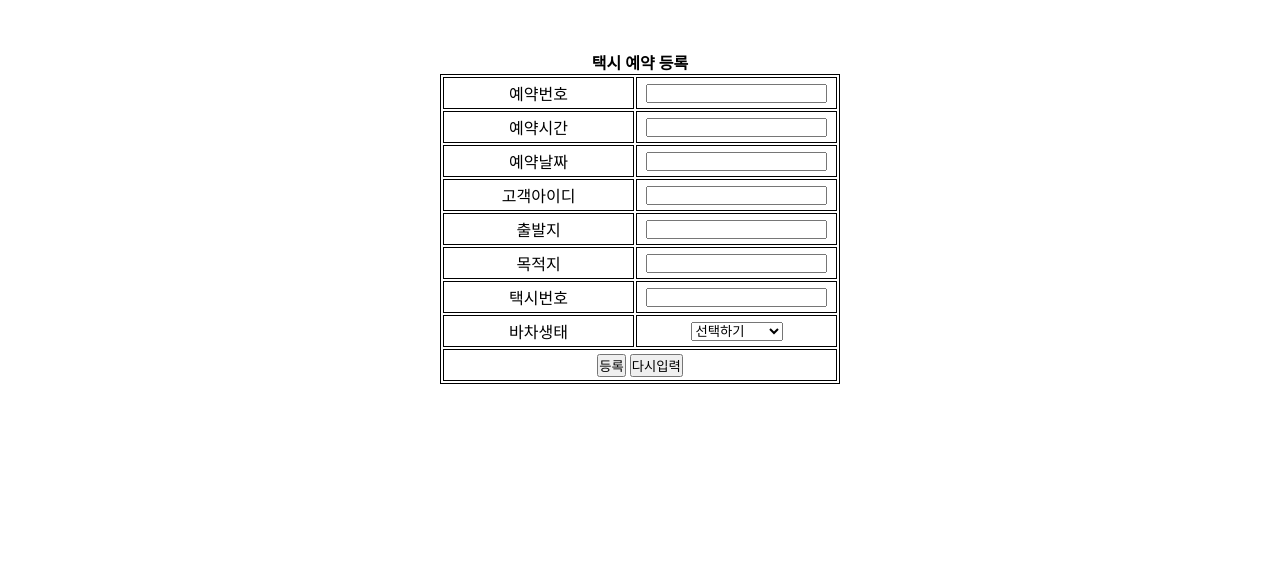
Repository: juntae710/acorn_web
Page: http://localhost/prj0828/택시/택시예약.jsp
The author's editor kept a copy of each file at every save. The page is drawn from the files as they stood at one save, then again after the next save.
The browser window is 1280 px wide. The pictures show the whole page.
The page is served by Tomcat 9.

Above is the page before, as saved 2023-08-28 06:59:14.

After the next save:
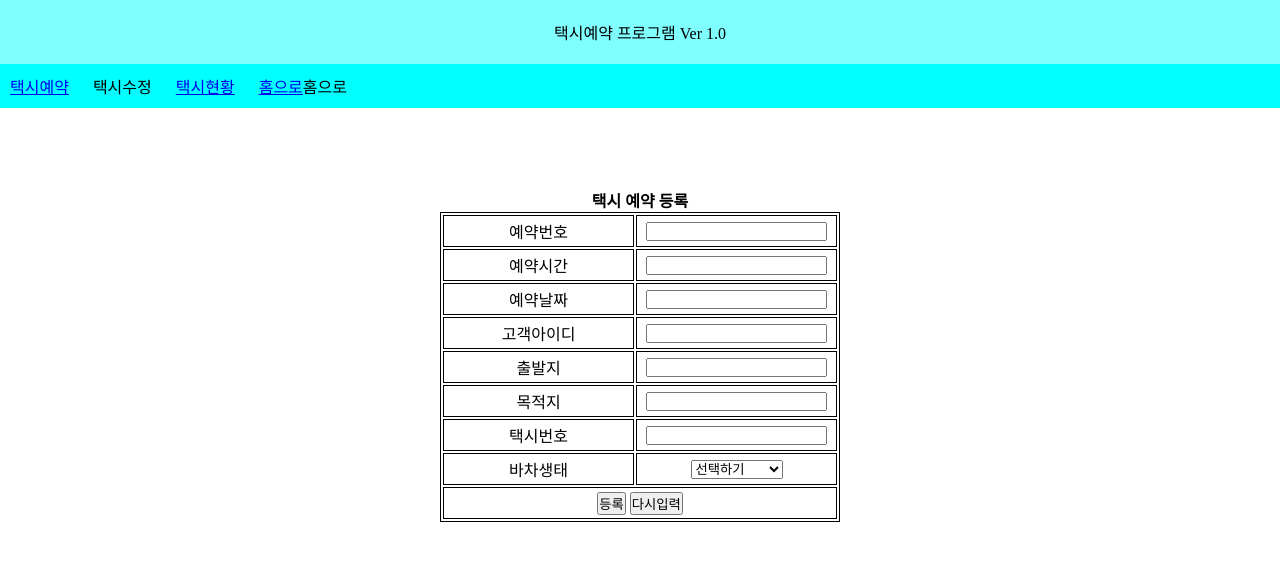
Saved 107 s later.
--- a/prj0828/src/main/webapp/택시/택시예약.jsp
+++ b/prj0828/src/main/webapp/택시/택시예약.jsp
@@ -25,9 +25,20 @@
 	border: 1px solid black;
 }
 </style>
+<link href="../css/index.css" rel="stylesheet" />
 </head>
 <body>
+	<header> 택시예약 프로그램 Ver 1.0 </header>
+	<nav>
+		<ul>
+			<li><a href="택시예약.jsp">택시예약</a></li>
+			<li>택시수정</li>
+			<li><a href="list.jsp">택시현황</a></li>
+			<li><a href="index.jsp">홈으로</a>홈으로</li>
+		</ul>
 
+	</nav>
+	<section>
 	<table>
 		<caption>
 			<strong>택시 예약 등록</strong>
@@ -78,5 +89,9 @@
 			</td>
 		</tr>
 	</table>
+	</section>
+	<footer></footer>
+
+
 </body>
 </html>
